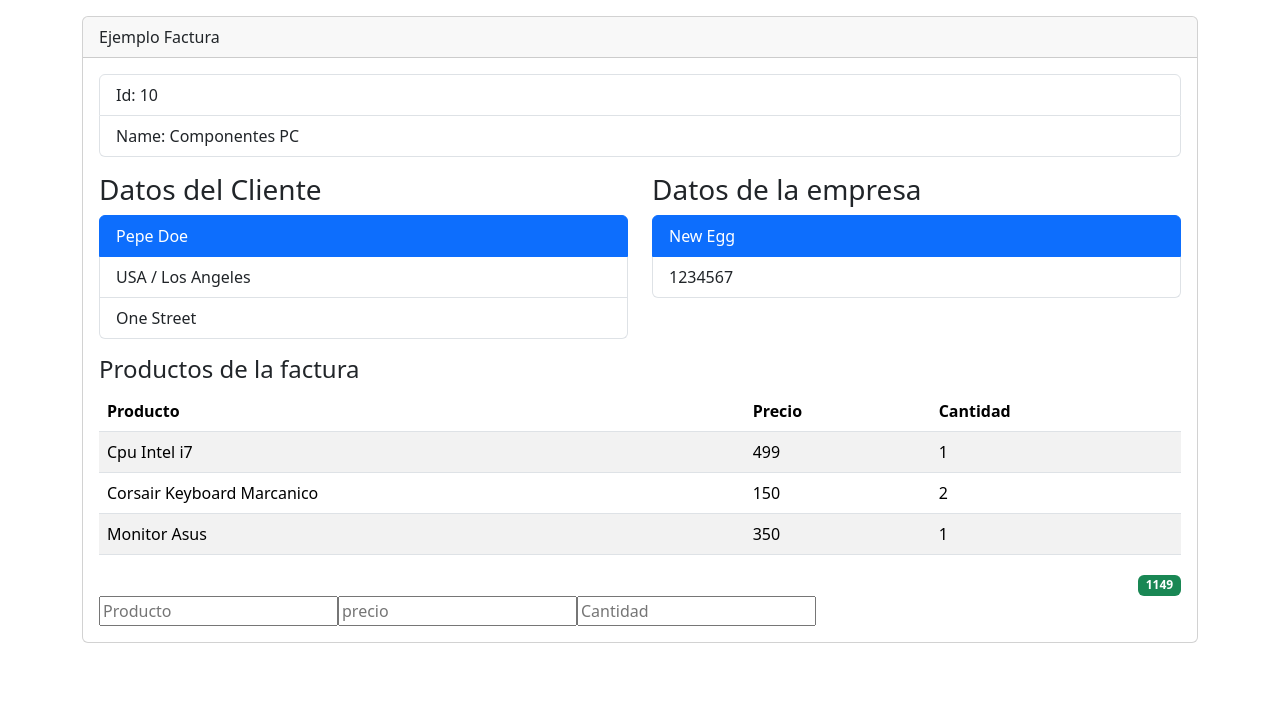
Repository: bryanesteban/4-invoice-app
Page: /
These files come from the project's save history. The page is drawn as it stood at one moment and after the next save; the edit follows.
The browser window is 1280 px wide. The pictures show the whole page.
The project was rebuilt for these pictures with package versions that can differ from the ones it lists, and the page was loaded fresh each time. Also part of the build but not shown: vite.config.js.

Above is the page before, as saved 2023-11-13 17:20:31.

After the next save:
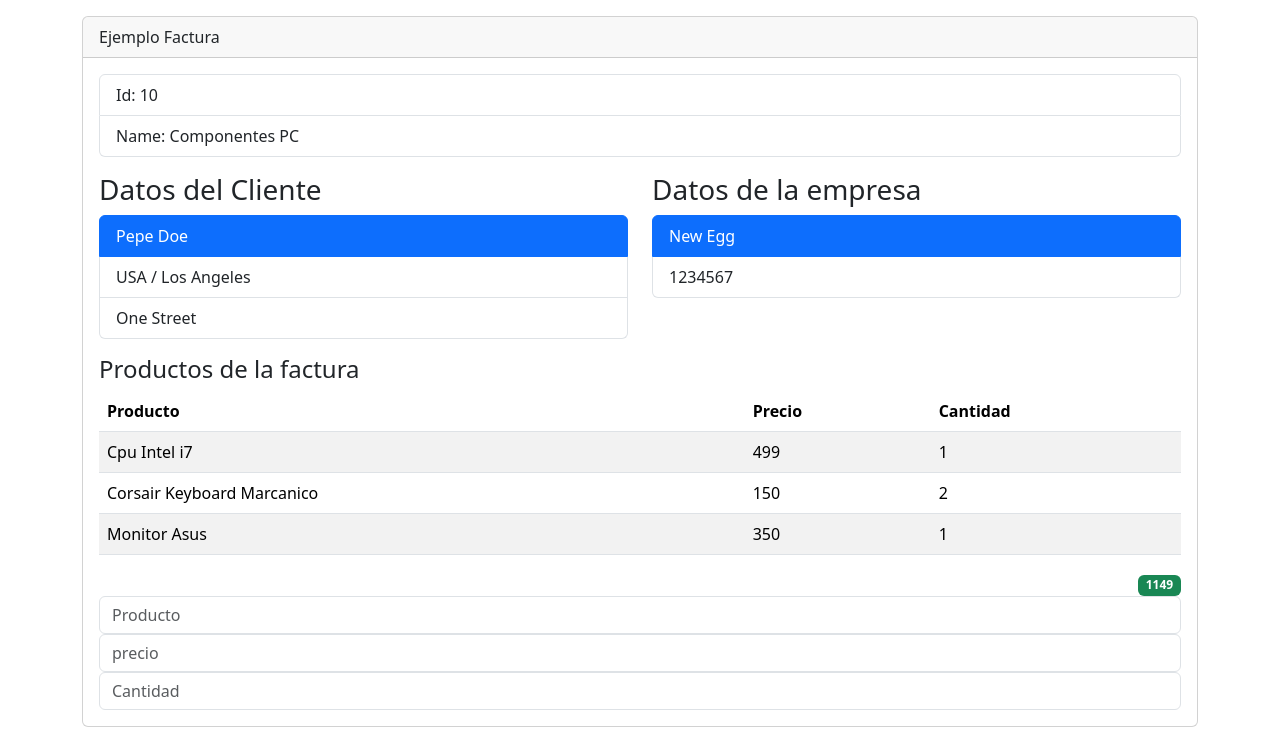
Saved 45 s later.
--- a/src/InvoiceApp.jsx
+++ b/src/InvoiceApp.jsx
@@ -36,15 +36,15 @@ export const InvoiceApp = () =>{
                     <form>
                         <input type="text"
                                name="product"
-                               placeholder="Producto"/>
+                               placeholder="Producto" className="form-control"/>
 
                         <input type="text"
                                name="price"
-                               placeholder="precio"/>
+                               placeholder="precio" className="form-control"/>
 
                         <input type="text"
                                name="quantity"
-                               placeholder="Cantidad"/>
+                               placeholder="Cantidad" className="form-control"/>
                     </form>
                 </div>
             </div>
